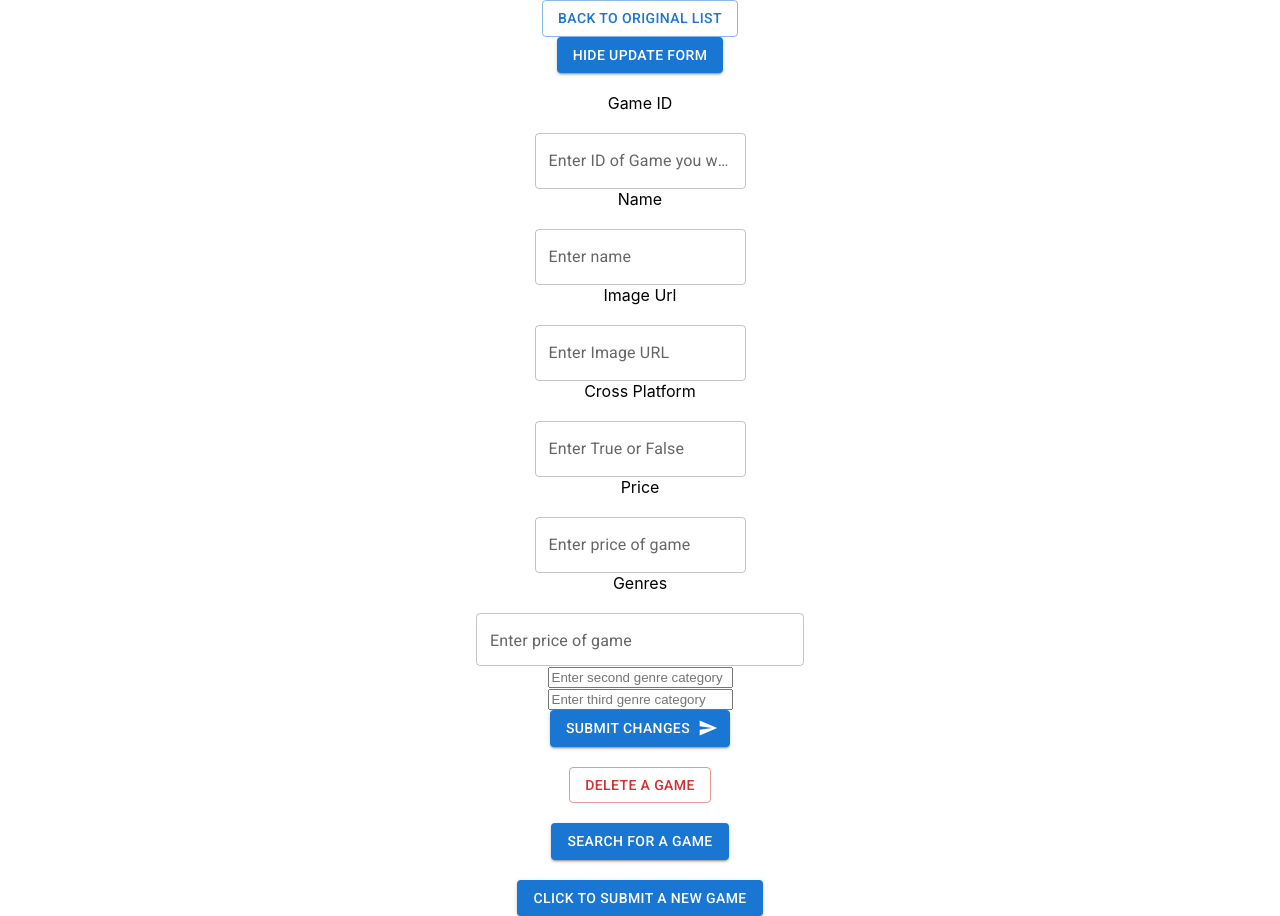
Repository: The-Software-Guild/assessment-2-react-nj10deadend
Page: / (app in Part-2/React-section/frontend/), after clicking the first element matching `button.MuiButton-contained`
The author's editor kept a copy of each file at every save. The page is drawn from the files as they stood at one save, then again after the next save.
The browser window is 1280 px wide. The pictures show the whole page.
The page's requests for data from a server got no answer. The project was rebuilt for these pictures with package versions that can differ from the ones it lists, and the page was loaded fresh each time. No one was signed in, and anything a server would have sent is missing. Also part of the build but not shown: Part-2/React-section/frontend/src/components/GameCards.js.

Above is the page before, as saved 2021-12-19 22:33:35.

After the next save:
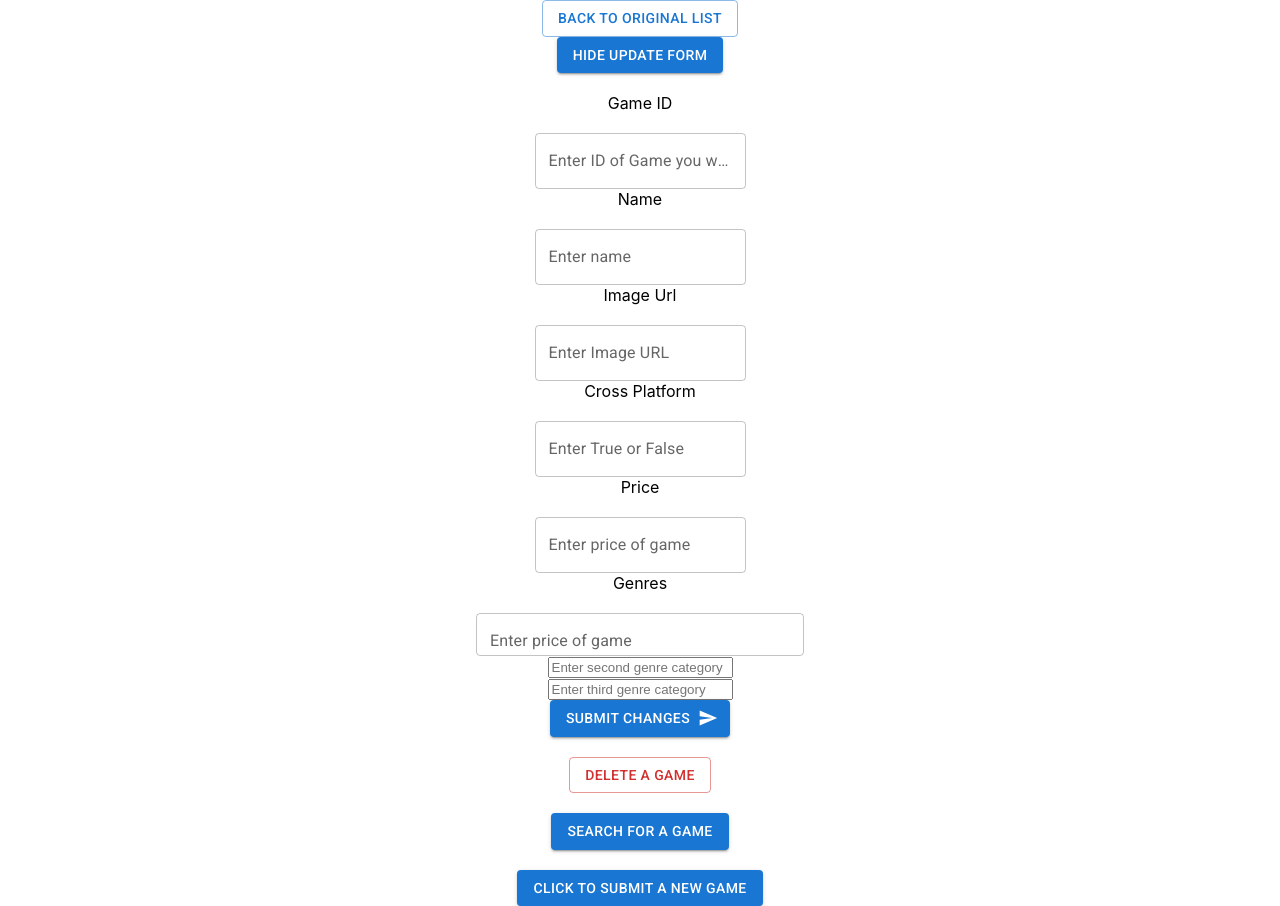
Saved 11 s later.
--- a/Part-2/React-section/frontend/src/index.css
+++ b/Part-2/React-section/frontend/src/index.css
@@ -25,6 +25,6 @@ code {
   border-top: 1px dotted lightblue;
 }
 #outlined-basic6 {
-  height: 20px;
+  height: 10px;
   width: 300px;
 }
